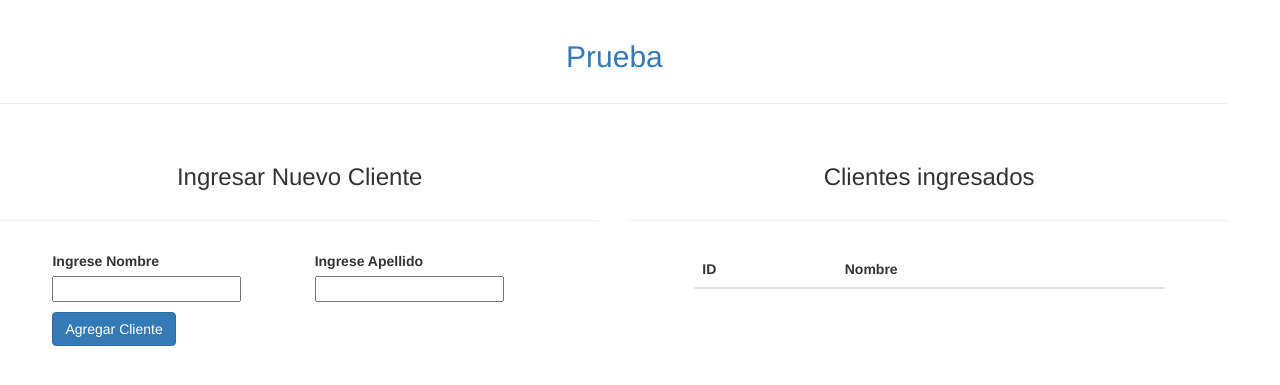
Repository: smukideejeah/pruebacf
Page: http://localhost/
The author's editor kept a record of every edit. The page is drawn from the files as they stood at one moment, then again after the next edit.
The browser window is 1280 px wide. The pictures show the whole page.
The page is run by PHP 8.4 with error messages shown; the project is at /var/www/html/. Queries for data that is not in the repository find no rows.

Above is the page before.

After the next edit:
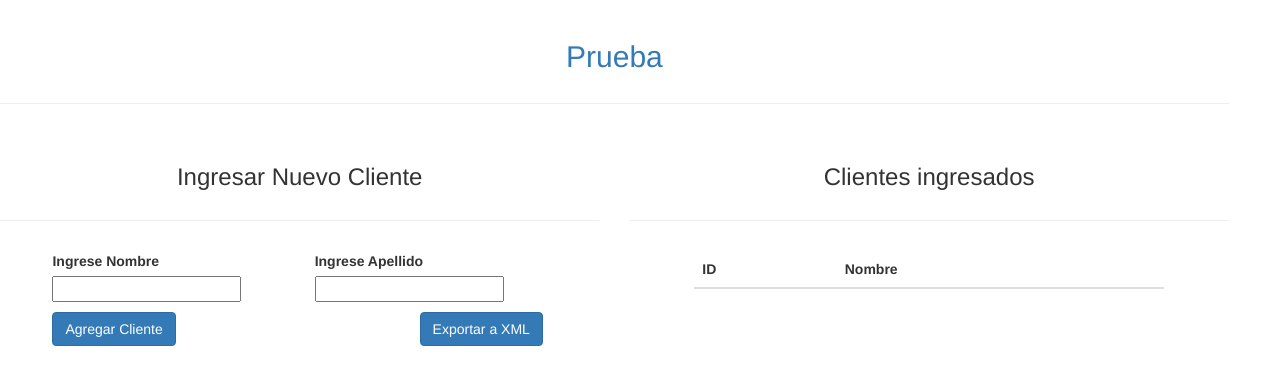
The edit:
--- a/view/inicio_view.phtml
+++ b/view/inicio_view.phtml
@@ -43,6 +43,10 @@
                         <div class="col-lg-1"></div>
                         <div class="col-lg-3">
                             <a id="send" class="btn btn-primary"> <span class="text text-white">Agregar Cliente</span></a>
+                        </div>
+                        <div class="col-lg-4"></div>
+                        <div class="col-lg-3">
+                            <a id="xml" class="btn btn-primary"> <span class="text text-white">Exportar a XML</span></a>
                         </div>
                     </div>
                 </div>
